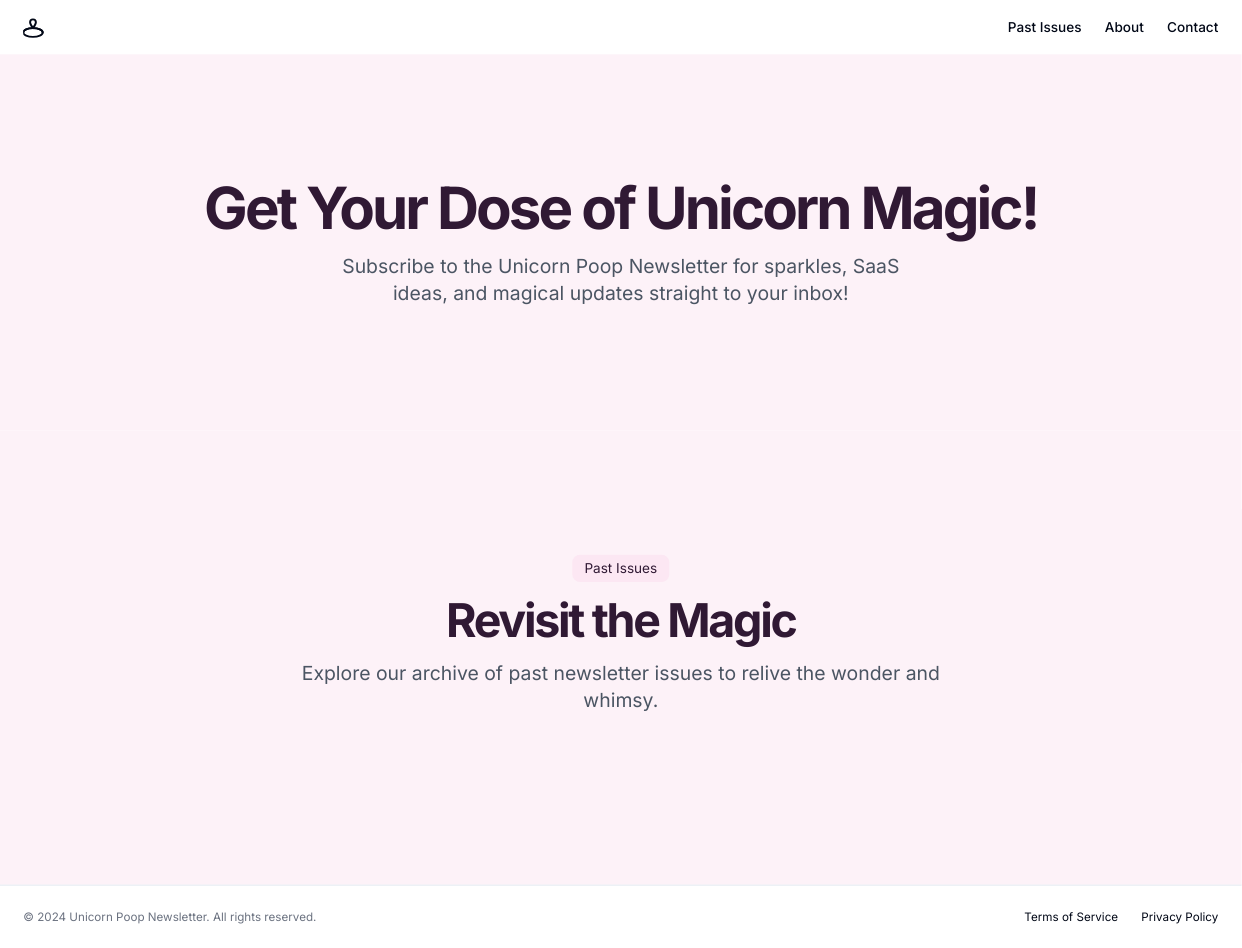
Repository: djdjdallas/unicorn-poop-newsletter
Page: /
These files come from the project's save history. The page is drawn as it stood at one moment and after the next save; the edit follows.
The browser window is 1280 px wide. The pictures show the whole page, at 97% of full size.
The page's requests for data from a server got no answer. The project was rebuilt for these pictures with package versions that can differ from the ones it lists, and the page was loaded fresh each time. The framework's server and built-in components were replaced by stand-ins that run in the browser. No one was signed in, and anything a server would have sent is missing. Also part of the build but not shown: next.config.mjs, src/lib/utils.js, src/components/ui/input.jsx, src/components/ui/button.jsx, src/components/ui/card.jsx.

Above is the page before, as saved 2024-08-10 10:54:02.

### src/app/layout.js
import { Inter } from "next/font/google";
import "./globals.css";

const inter = Inter({ subsets: ["latin"] });

export const metadata = {
  title: "🦄 Unicorn Poop",
  description: "Magical SaaS ideas and sparkly insights for entrepreneurs",
};

export default function RootLayout({ children }) {
  return (
    <html lang="en">
      <body className={inter.className}>{children}</body>
    </html>
  );
}

### src/app/page.js
import { createClient } from "@supabase/supabase-js";
import Link from "next/link";
import { Input } from "@/components/ui/input";
import { Button } from "@/components/ui/button";
import {
  Card,
  CardHeader,
  CardTitle,
  CardDescription,
  CardContent,
  CardFooter,
} from "@/components/ui/card";

// Initialize Supabase client
const supabase = createClient(
  process.env.NEXT_PUBLIC_SUPABASE_URL,
  process.env.NEXT_PUBLIC_SUPABASE_ANON_KEY
);

function UnicornIcon(props) {
  return (
    <svg
      {...props}
      xmlns="http://www.w3.org/2000/svg"
      width="24"
      height="24"
      viewBox="0 0 24 24"
      fill="none"
      stroke="currentColor"
      strokeWidth="2"
      strokeLinecap="round"
      strokeLinejoin="round"
    >
      <path d="M20 17.5c0 2.485-4.477 4.5-10 4.5S0 19.985 0 17.5 4.477 13 10 13s10 2.015 10 4.5Z" />
      <path d="M10 13s3-4 3-6c0-1.655-1.345-3-3-3S7 5.345 7 7c0 2 3 6 3 6Z" />
      <path d="M20 17.5c0-2.485-4.477-4.5-10-4.5S0 15.015 0 17.5" />
    </svg>
  );
}

// You'll need to create this as a separate Client Component
// import NewsletterSignup from "@/components/NewsletterSignup";

export default async function Home() {
  // Fetch issues from Supabase
  const { data: issues, error } = await supabase
    .from("newsletter_issues")
    .select("title, description, slug, published_at")
    .order("published_at", { ascending: false })
    .limit(3);

  if (error) {
    console.error("Error fetching issues:", error);
  }

  return (
    <div className="flex flex-col min-h-dvh">
      <header className="px-4 lg:px-6 h-14 flex items-center">
        <Link href="/" className="flex items-center justify-center">
          <UnicornIcon className="size-6" />
          <span className="sr-only">Unicorn Poop Newsletter</span>
        </Link>
        <nav className="ml-auto flex gap-4 sm:gap-6">
          <Link
            href="#past-issues"
            className="text-sm font-medium hover:underline underline-offset-4"
          >
            Past Issues
          </Link>
          <Link
            href="#"
            className="text-sm font-medium hover:underline underline-offset-4"
          >
            About
          </Link>
          <Link
            href="#"
            className="text-sm font-medium hover:underline underline-offset-4"
          >
            Contact
          </Link>
        </nav>
      </header>

      <main className="flex-1">
        <section className="w-full py-12 md:py-24 lg:py-32 bg-pink-50">
          <div className="container px-4 md:px-6 space-y-8 lg:space-y-12">
            <div className="flex flex-col items-center justify-center text-center space-y-4">
              <h1 className="text-3xl font-bold tracking-tighter sm:text-4xl md:text-5xl lg:text-6xl text-[#301934]">
                Get Your Dose of Unicorn Magic!
              </h1>
              <p className="max-w-[600px] text-gray-600 md:text-xl">
                Subscribe to the Unicorn Poop Newsletter for sparkles, SaaS
                ideas, and magical updates straight to your inbox!
              </p>
              {/* <NewsletterSignup /> */}
            </div>
          </div>
        </section>

        {issues && issues.length > 0 && (
          <section className="w-full py-12 md:py-24 lg:py-32">
            <div className="container px-4 md:px-6 space-y-8 lg:space-y-12">
              <div className="flex flex-col items-center justify-center text-center space-y-4">
                <div className="inline-block rounded-lg bg-pink-100 px-3 py-1 text-sm text-[#301934]">
                  Latest Issue
                </div>
                <h2 className="text-3xl font-bold tracking-tighter sm:text-4xl md:text-5xl text-[#301934]">
                  {issues[0].title}
                </h2>
                <p className="max-w-[700px] text-gray-600 md:text-xl">
                  {issues[0].description}
                </p>
              </div>
              <div className="text-center">
                <Link
                  href={`/issues/${issues[0].slug}`}
                  className="inline-block bg-[#301934] text-white px-6 py-3 rounded-lg hover:bg-pink-700 transition-colors"
                >
                  Read Latest Issue
                </Link>
              </div>
            </div>
          </section>
        )}

        <section
          id="past-issues"
          className="w-full py-12 md:py-24 lg:py-32 bg-pink-50"
        >
          <div className="container px-4 md:px-6 space-y-8 lg:space-y-12">
            <div className="flex flex-col items-center justify-center text-center space-y-4">
              <div className="inline-block rounded-lg bg-pink-100 px-3 py-1 text-sm text-[#301934]">
                Past Issues
              </div>
              <h2 className="text-3xl font-bold tracking-tighter sm:text-4xl md:text-5xl text-[#301934]">
                Revisit the Magic
              </h2>
              <p className="max-w-[700px] text-gray-600 md:text-xl">
                Explore our archive of past newsletter issues to relive the
                wonder and whimsy.
              </p>
            </div>
            <div className="grid grid-cols-1 sm:grid-cols-2 lg:grid-cols-3 gap-6">
              {issues &&
                issues.map((issue) => (
                  <Card key={issue.slug}>
                    <CardHeader>
                      <CardTitle>{issue.title}</CardTitle>
                      <CardDescription>{issue.description}</CardDescription>
                    </CardHeader>
                    <CardContent>
                      <p className="text-sm text-gray-500">
                        Published on:{" "}
                        {new Date(issue.published_at).toLocaleDateString()}
                      </p>
                    </CardContent>
                    <CardFooter>
                      <Link
                        href={`/issues/${issue.slug}`}
                        className="text-[#301934] hover:underline"
                      >
                        Read Issue
                      </Link>
                    </CardFooter>
                  </Card>
                ))}
            </div>
          </div>
        </section>
      </main>

      <footer className="flex flex-col gap-2 sm:flex-row py-6 w-full shrink-0 items-center px-4 md:px-6 border-t">
        <p className="text-xs text-gray-500">
          &copy; 2024 Unicorn Poop Newsletter. All rights reserved.
        </p>
        <nav className="sm:ml-auto flex gap-4 sm:gap-6">
          <Link href="#" className="text-xs hover:underline underline-offset-4">
            Terms of Service
          </Link>
          <Link href="#" className="text-xs hover:underline underline-offset-4">
            Privacy Policy
          </Link>
        </nav>
      </footer>
    </div>
  );
}

Loaded but not shown: src/app/globals.css (common file); tailwind.config.js (common file)

After the next save:
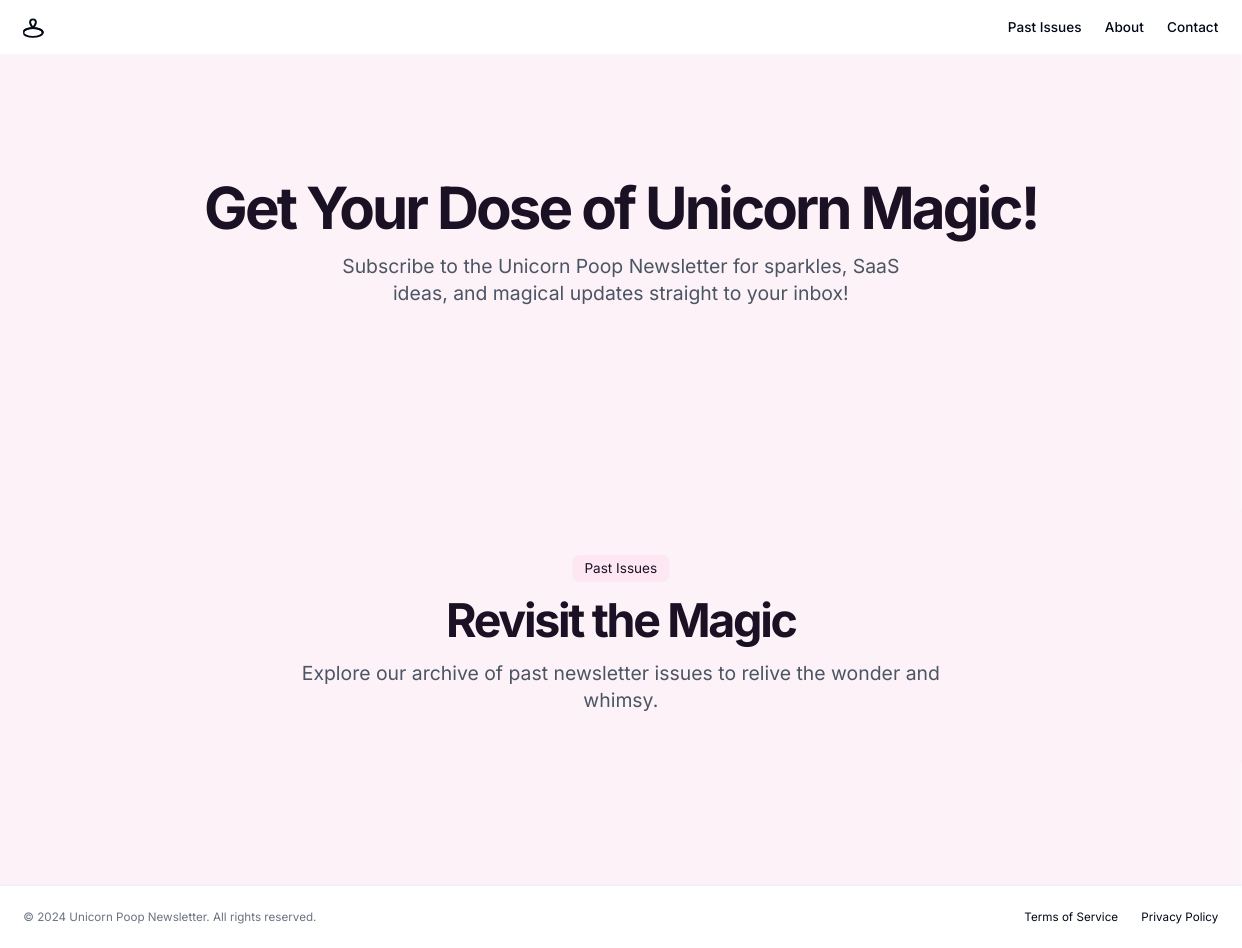
Saved 2 min 54 s later.
--- a/src/app/page.js
+++ b/src/app/page.js
@@ -86,7 +86,7 @@ export default async function Home() {
         <section className="w-full py-12 md:py-24 lg:py-32 bg-pink-50">
           <div className="container px-4 md:px-6 space-y-8 lg:space-y-12">
             <div className="flex flex-col items-center justify-center text-center space-y-4">
-              <h1 className="text-3xl font-bold tracking-tighter sm:text-4xl md:text-5xl lg:text-6xl text-[#301934]">
+              <h1 className="text-3xl font-bold tracking-tighter sm:text-4xl md:text-5xl lg:text-6xl text-[#1b1124]">
                 Get Your Dose of Unicorn Magic!
               </h1>
               <p className="max-w-[600px] text-gray-600 md:text-xl">
@@ -102,10 +102,10 @@ export default async function Home() {
           <section className="w-full py-12 md:py-24 lg:py-32">
             <div className="container px-4 md:px-6 space-y-8 lg:space-y-12">
               <div className="flex flex-col items-center justify-center text-center space-y-4">
-                <div className="inline-block rounded-lg bg-pink-100 px-3 py-1 text-sm text-[#301934]">
+                <div className="inline-block rounded-lg bg-pink-100 px-3 py-1 text-sm text-[#1b1124]">
                   Latest Issue
                 </div>
-                <h2 className="text-3xl font-bold tracking-tighter sm:text-4xl md:text-5xl text-[#301934]">
+                <h2 className="text-3xl font-bold tracking-tighter sm:text-4xl md:text-5xl text-[#1b1124]">
                   {issues[0].title}
                 </h2>
                 <p className="max-w-[700px] text-gray-600 md:text-xl">
@@ -115,7 +115,7 @@ export default async function Home() {
               <div className="text-center">
                 <Link
                   href={`/issues/${issues[0].slug}`}
-                  className="inline-block bg-[#301934] text-white px-6 py-3 rounded-lg hover:bg-pink-700 transition-colors"
+                  className="inline-block bg-[#1b1124] text-white px-6 py-3 rounded-lg hover:bg-pink-700 transition-colors"
                 >
                   Read Latest Issue
                 </Link>
@@ -130,10 +130,10 @@ export default async function Home() {
         >
           <div className="container px-4 md:px-6 space-y-8 lg:space-y-12">
             <div className="flex flex-col items-center justify-center text-center space-y-4">
-              <div className="inline-block rounded-lg bg-pink-100 px-3 py-1 text-sm text-[#301934]">
+              <div className="inline-block rounded-lg bg-pink-100 px-3 py-1 text-sm text-[#1b1124]">
                 Past Issues
               </div>
-              <h2 className="text-3xl font-bold tracking-tighter sm:text-4xl md:text-5xl text-[#301934]">
+              <h2 className="text-3xl font-bold tracking-tighter sm:text-4xl md:text-5xl text-[#1b1124]">
                 Revisit the Magic
               </h2>
               <p className="max-w-[700px] text-gray-600 md:text-xl">
@@ -158,7 +158,7 @@ export default async function Home() {
                     <CardFooter>
                       <Link
                         href={`/issues/${issue.slug}`}
-                        className="text-[#301934] hover:underline"
+                        className="text-[#1b1124] hover:underline"
                       >
                         Read Issue
                       </Link>
